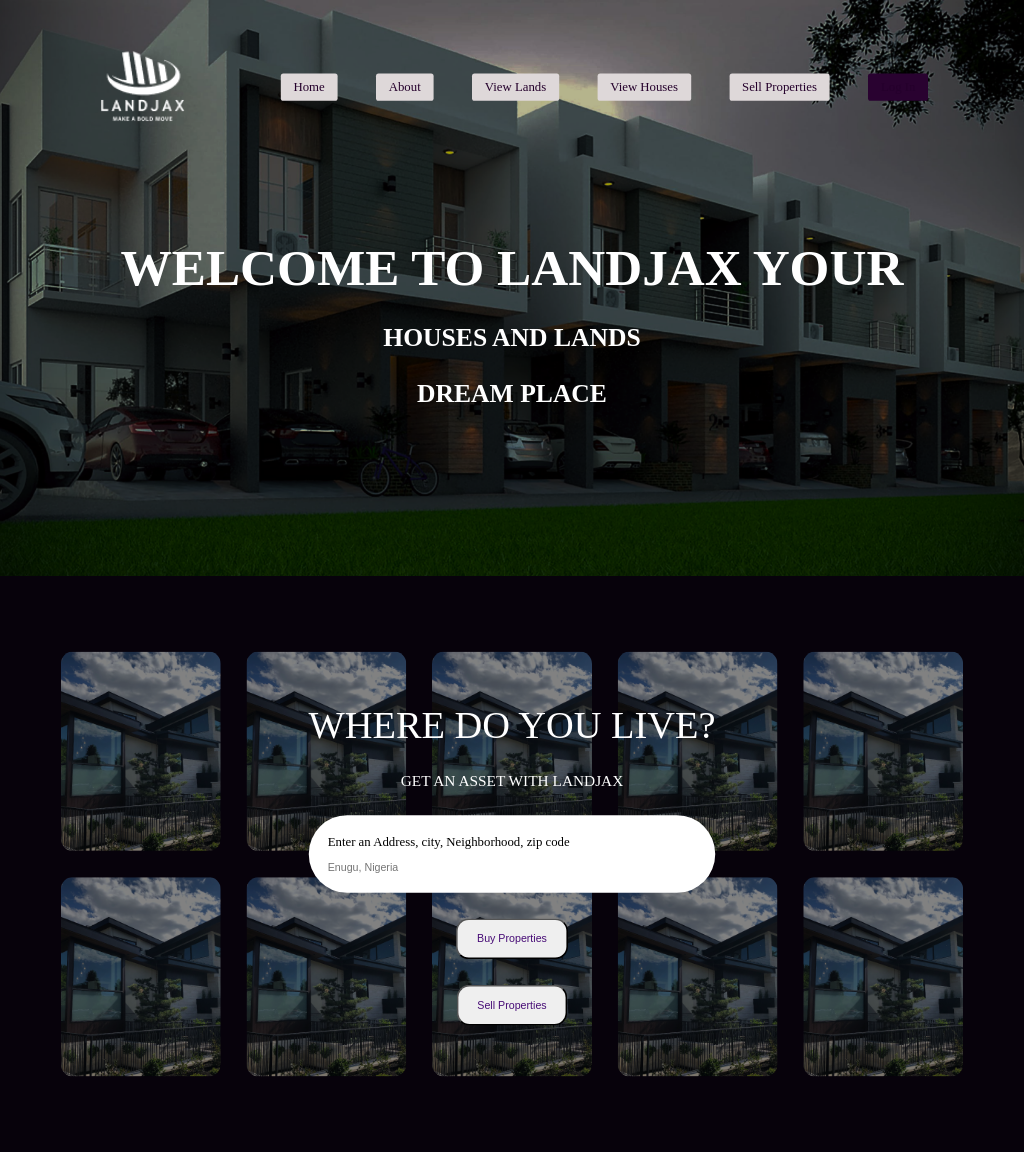
Repository: NorVirae/landjax-frontend
Page: /
These files come from the project's save history. The page is drawn as it stood at one moment and after the next save; the edit follows.
The browser window is 1280 px wide. The pictures show the whole page, at 80% of full size.
The project was rebuilt for these pictures with package versions that can differ from the ones it lists, and the page was loaded fresh each time. The framework's server and built-in components were replaced by stand-ins that run in the browser. Also part of the build but not shown: next.config.js.

Above is the page before, as saved 2022-07-02 16:22:27.

After the next save:
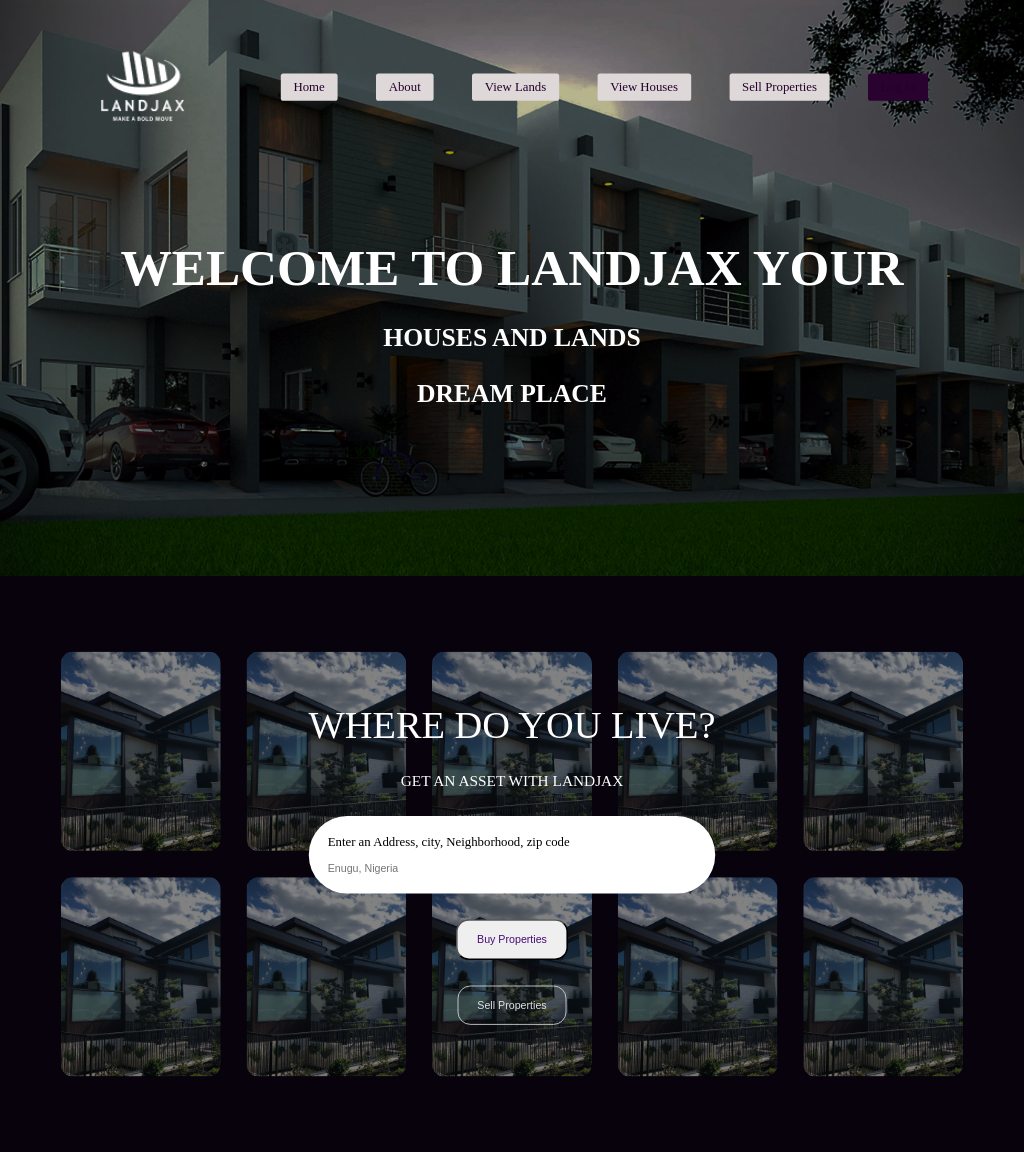
Saved 11 s later.
--- a/pages/index.tsx
+++ b/pages/index.tsx
@@ -57,7 +57,7 @@ const Home = () => {
             </div>
 
             <button className='house__btn-buy-prop'>Buy Properties</button>
-            <button className='house__btn-buy-prop'>Sell Properties</button>
+            <button className='house__btn-sell-prop'>Sell Properties</button>
 
           </section>
 
